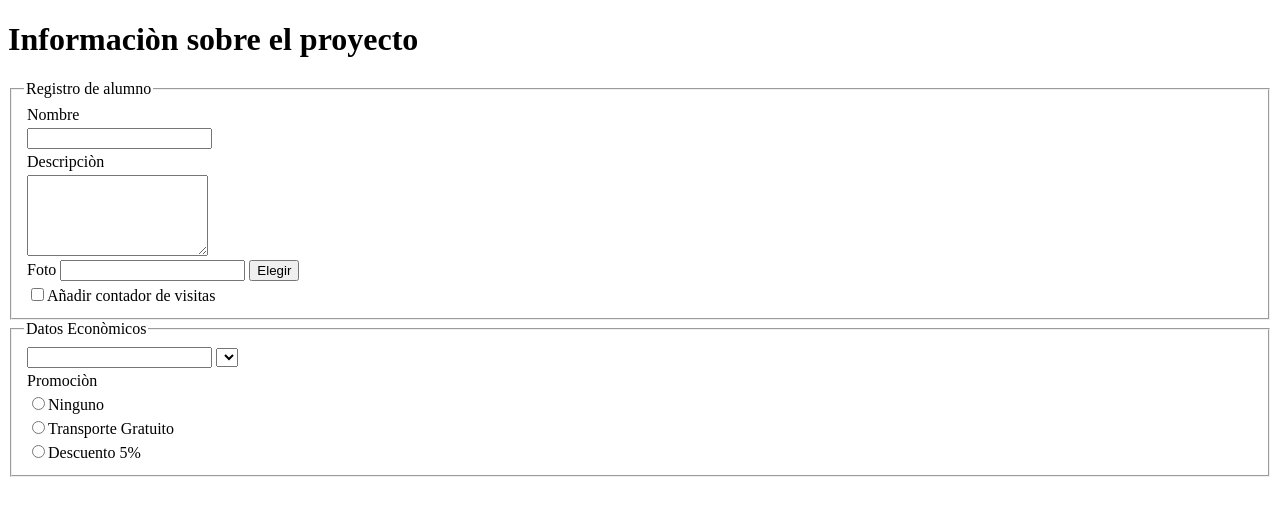
Repository: hoscanoa/Clases-LPII
Page: LPIISemana01/LPII-Semana01/WebContent/inicio.html
An editor plug-in stored every save of this project. The page is shown before and after the next save, followed by the edit.
The browser window is 1280 px wide. The pictures show the whole page.

Above is the page before, as saved 2014-09-18 22:13:59.

### LPIISemana01/LPII-Semana01/WebContent/inicio.html
<!DOCTYPE html PUBLIC "-//W3C//DTD HTML 4.01 Transitional//EN" "http://www.w3.org/TR/html4/loose.dtd">
<html>
<head>
<meta http-equiv="Content-Type" content="text/html; charset=ISO-8859-1">
<title>Insert title here</title>
</head>
<body>
	<h1>Informaciòn sobre el proyecto</h1>
	<form action="">
		<fieldset>
			<legend>Registro de alumno</legend>
			<table>
				<tr>
					<td>Nombre</td>
				</tr>
				<tr>
					<td colspan="2"><input type="text" name="nombre"></td>
				</tr>
				<tr>
					<td>Descripciòn</td>
				</tr>
				<tr>
					<td colspan="2"><textarea rows="5"></textarea>
					</td>
				</tr>

				<tr>
					<td>Foto <input type="text" name="descripcion"> <input
						type="button" value="Elegir"></td>
				</tr>
				<tr>
					<td><input type="checkbox">Añadir contador de visitas
					</td>
				</tr>
			</table>
		</fieldset>
		<fieldset>
			<legend>Datos Econòmicos</legend>
			<table>
				<tr>
					<td><input type="text" name="precio"></td>
					<td><select name="impuestos">
					</td>
				</tr>
				<tr>
					<td>Promociòn</td>
				</tr>
				<tr>
					<td><input type="radio">Ninguno
					</td>
				</tr>
				<tr>
					<td><input type="radio">Transporte Gratuito
					</td>
				</tr>
				<tr>
					<td><input type="radio">Descuento 5%
					</td>
				</tr>
			</table>
		</fieldset>
	</form>

</body>
</html>

After the next save:
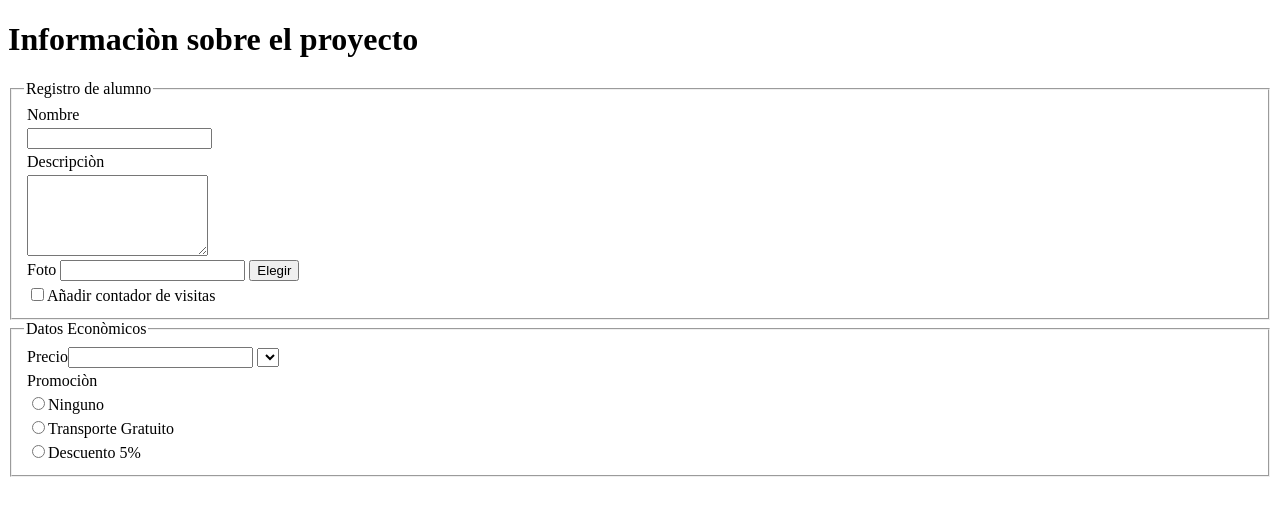
Saved 23 s later.
--- a/LPIISemana01/LPII-Semana01/WebContent/inicio.html
+++ b/LPIISemana01/LPII-Semana01/WebContent/inicio.html
@@ -38,7 +38,7 @@
 			<legend>Datos Econòmicos</legend>
 			<table>
 				<tr>
-					<td><input type="text" name="precio"></td>
+					<td>Precio<input type="text"></td>
 					<td><select name="impuestos">
 					</td>
 				</tr>
